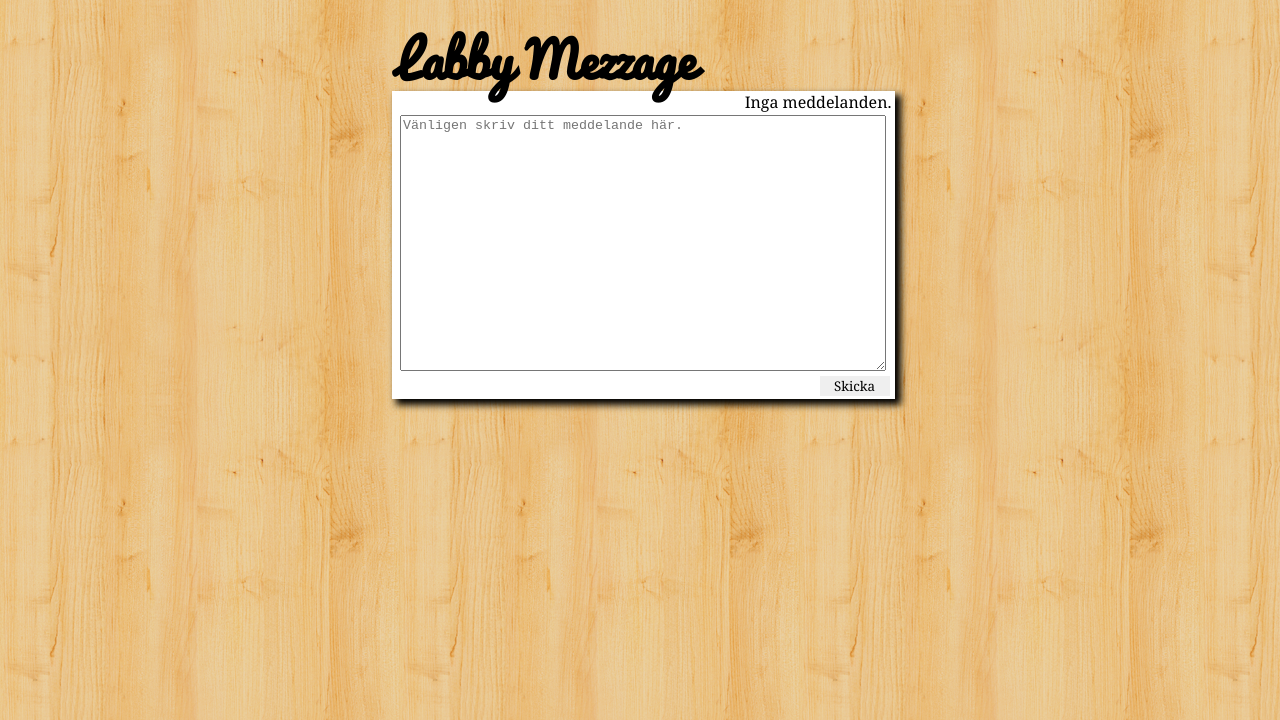
Repository: mw222rs/1dv403-laborationer
Page: 2-labbymezzage/index.html
The author's editor kept a record of every edit. The page is drawn from the files as they stood at one moment, then again after the next edit.
The browser window is 1280 px wide. The pictures show the whole page.

Above is the page before.

### 2-labbymezzage/index.html
<!DOCTYPE html>
<html lang="sv">
<head>
	<meta charset="UTF-8" />
	<link rel="stylesheet" type="text/css" href="css/style.css" media="screen, projection, handheld">
	<title>Labby Mezzage</title>
	<script src="script/main.js"></script>
	<script src="script/message.js"></script>
</head>
    <body>
        <div id="page">
            <h1>Labby Mezzage</h1>
            <div id="messageArea">
            </div><!-- /end #messageArea tag -->

            <div id="inputArea">
                <p id="counter">Inga meddelanden.</p>
                <form>
         			<textarea name="text" placeholder="Vänligen skriv ditt meddelande här." id="textArea"></textarea><input id="send" type="submit" value="Skicka" />
         			<p id="value"></p>
        		</form>
            </div><!-- /end #inputArea tag -->
        </div><!-- /end #page tag -->
    </body>
</html>

### 2-labbymezzage/css/style.css
/* Start CSS-Reset */

/* http://meyerweb.com/eric/tools/css/reset/
   v2.0 | 20110126
   License: none (public domain)
*/

html, div, span, applet, object, iframe,
h2, h3, h4, h5, h6, p, blockquote, pre, abbr, acronym, address, big, cite, code,
del, dfn, em, img, ins, kbd, q, s, samp,
small, strike, strong, sub, sup, tt, var,
b, u, i, center,
dl, dt, dd, ol, ul, li,
fieldset, form, label, legend,
table, caption, tbody, tfoot, thead, tr, th, td,
article, aside, canvas, details, embed,
figure, figcaption, footer, header, hgroup,
menu, nav, output, ruby, section, summary,
time, mark, audio, video {
	margin: 0;
	padding: 0;
	border: 0;
	font-size: 100%;
	font: inherit;
	vertical-align: baseline;
}
/* HTML5 display-role reset for older browsers */
article, aside, details, figcaption, figure,
footer, header, hgroup, menu, nav, section {
	display: block;
}
body {
	line-height: 1;
}
ol, ul {
	list-style: none;
}
blockquote, q {
	quotes: none;
}
blockquote:before, blockquote:after,
q:before, q:after {
	content: '';
	content: none;
}
table {
	border-collapse: collapse;
	border-spacing: 0;
}

/* End of CSS-Reset */

@font-face {
    font-family: typewriter;
    src: url( 'Albertsthal_Typewriter.ttf' );
}
@font-face {
	font-family: Josefin;
	src: url("JosefinSlab-Regular.ttf");
}
@font-face{
	font-family: Pacifico;
	src: url("Pacifico.ttf");
}

body {
	font-family: georgia;
    background: #DBDBD6;
	background-image: url("purty_wood.png");
    padding: 0px;
}
h1 {
	color: black;
    font-family: Pacifico;
    font-size: 50px;
    padding-left: 5px;
    margin-bottom: 0;
}
#page {
	margin: 20px auto 20px;
	width: 497px;
}
.messageBread {
	background: #FFF;
	width: 100%;
	margin-top: 7px;
	padding: 3px;
	box-shadow: 5px 5px 7px 1px #000;
}
.messageBread p {
	padding: 3px;
}
.messageBread .date {
	font-family: georgia;
	background: none;
	margin-top: 0;
	padding: 0;
	box-shadow: none;
	text-align: right;
	font-size: small;
}
.messageBread a, .messageBread a:hover, .messageBread a:visited, .messageBread a:active{
	color: #000;
	text-decoration: none;
	float: right;
	font-size: smaller;
	font-weight: bold;
	padding-left: 3px;
}

#inputArea {
	font-family: georgia;
	background: #FFF;
	width: 100%;
	margin-top: 7px;
	padding: 3px;
	box-shadow: 5px 5px 7px 1px #000;
}
#counter {
	text-align: right;
	font-family: georgia;
}
textarea {
	display: block;
	margin: 5px auto;
	width: 480px;
	height: 250px;
}
input[type="submit"] {
	border: 0;
	font-family: georgia;
	margin-left: 425px;
	width: 70px;
}

### 2-labbymezzage/script/main.js
"use strict";

var labbyMezzage = {

    messages: [],
    init:function()
    {

	var input = document.querySelector("#textArea");　// Find the textarea-node.
	var submit = document.querySelector("#send"); // Find the submit-button.

	input.onkeypress = function(e){
	    var key = e.keyCode;

	    if (e.shiftKey === false && key === 13) {
	        e.preventDefault();
	        labbyMezzage.createMessage(input.value);
	    }
	}

	submit.onclick = function(e){ // When the button is clicked...
	    e.preventDefault();

	    labbyMezzage.createMessage(input.value); // Create a new message with the text from the textarea.
	    }


	},

    createMessage: function(input) // Creates a new message-object.
    {
        if (input === "") {
            document.querySelector("#counter").innerHTML = "FEL! Du kan inte posta ett tomt meddelande!";
        }
        else {
            var createdMessage = new Message(input, new Date());
            labbyMezzage.messages.push(createdMessage); // Pushes the object into the messages-array.
            labbyMezzage.renderMessages(); // Renders the messages.
	        return false;
        }

    },
    renderMessage: function(messageId){ // Render a single message.

        var div = document.querySelector("#messageArea"); // Find the #messageArea div-tag.

        var div2 = document.createElement("div"); // Create a new div-tag...
        div2.classList.add("messageBread"); // ...and give it hte class .messageBread

        // Creates an a-tag with an onclick function for deleting the message.
        var removeLink = document.createElement("a");
        removeLink.setAttribute("href", "#");
        removeLink.classList.add("remove");
        removeLink.innerHTML = "X";
        removeLink.onclick = function(){
            if (window.confirm("Vill du verkligen radera meddelandet?")) {
                labbyMezzage.removeMessage(messageId);
            }
        }
        div2.appendChild(removeLink);

	    // Creates an a-tag with an onclick function for alerting the exact date of when the message was written.
	    var alertLink = document.createElement("a");
	    alertLink.setAttribute("href", "#");
	    alertLink.classList.add("alertDate");
	    alertLink.innerHTML = "?";
	    alertLink.onclick = function(){
	        alert(labbyMezzage.messages[messageId].getDate());
	    }
	    div2.appendChild(alertLink);

        // Creates a p-tag and injects the message text into it.
        var messageText = document.createElement("p");
        messageText.innerHTML = labbyMezzage.messages[messageId].getHTMLText();
        div2.appendChild(messageText);

        // Creates a p-tag with the class .date and injects the date formatted YYYY-DD-MM.
        var dateP = document.createElement("p");
        dateP.classList.add("date");
        dateP.innerHTML = labbyMezzage.messages[messageId].getSmallDate();
        div2.appendChild(dateP);

	    div.appendChild(div2);
    },
    renderMessages: function(){

        document.getElementById("messageArea").innerHTML = ""; // Empties the #messageArea-div.

        // Cycles through the messages-array, calling the renderMessage-function on each object.
        labbyMezzage.messages.forEach(function(value, id){
		    labbyMezzage.renderMessage(id);
		});

		// Updates the counter with the length of the messages-array.
		document.querySelector("#counter").innerHTML = "Antal meddelanden: "+labbyMezzage.messages.length;
		document.getElementById("textArea").value = "";

    },
    removeMessage: function(removeID){ // Removes the message.
	    labbyMezzage.messages.splice(removeID, 1);
        labbyMezzage.renderMessages();
    }
};
window.onload = labbyMezzage.init;

### 2-labbymezzage/script/message.js
"use strict";

function Message(message, date){

    this._text = message;

    this._date = date;

    this.getText = function(){
        return message;
    }

    this.setText = function(_text){
        message = _text;
    }

    this.getSmallDate = function(){
            return date.getFullYear()+"-"+(date.getMonth()+1)+"-"+date.getDate();
    }

    this.getDate = function(){
            return "Inlägget skapades "+date.toLocaleString();

    }

    this.setDate = function(_date){
        date = _date;
    }
}


Message.prototype.toString = function(){
    return this.getText()+" ("+this.getDate()+") ";
};

Message.prototype.getHTMLText = function(){
    return this.getText().replace(/(\n)/g, "<br>");
};

After the next edit:
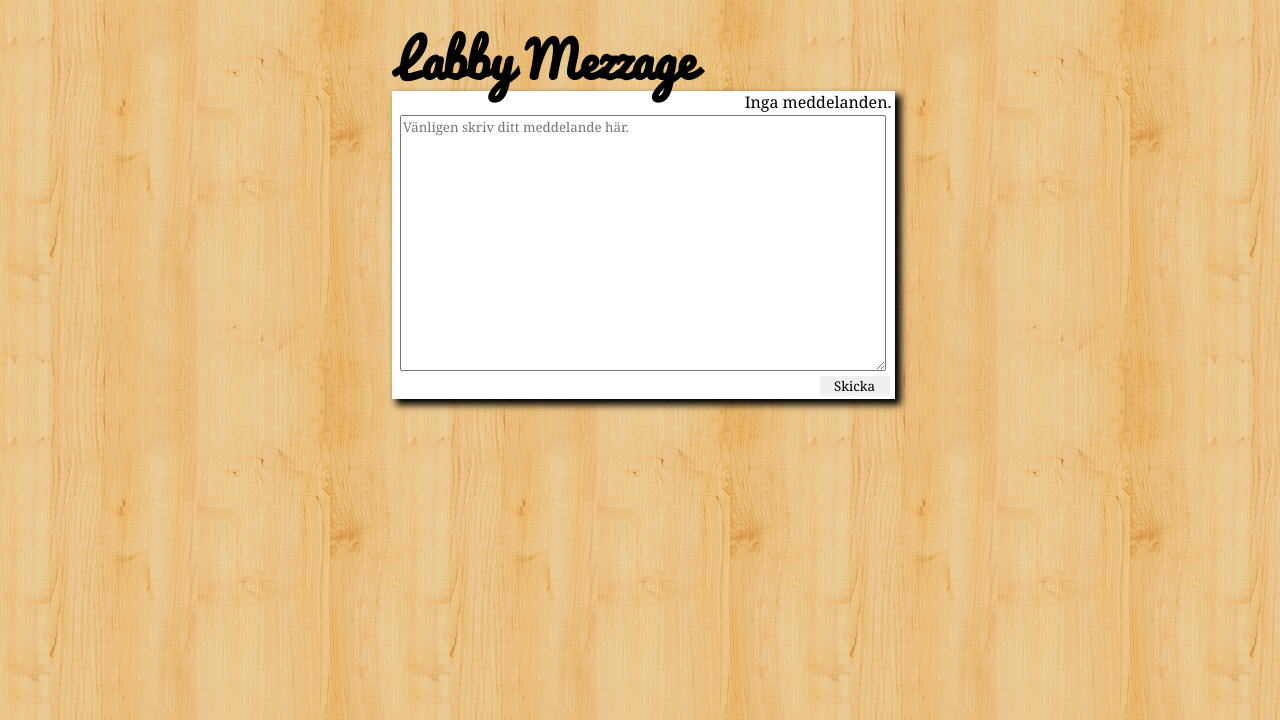
The edit:
--- a/2-labbymezzage/css/style.css
+++ b/2-labbymezzage/css/style.css
@@ -121,6 +121,7 @@
 	font-family: georgia;
 }
 textarea {
+	font-family: georgia, serif;
 	display: block;
 	margin: 5px auto;
 	width: 480px;
